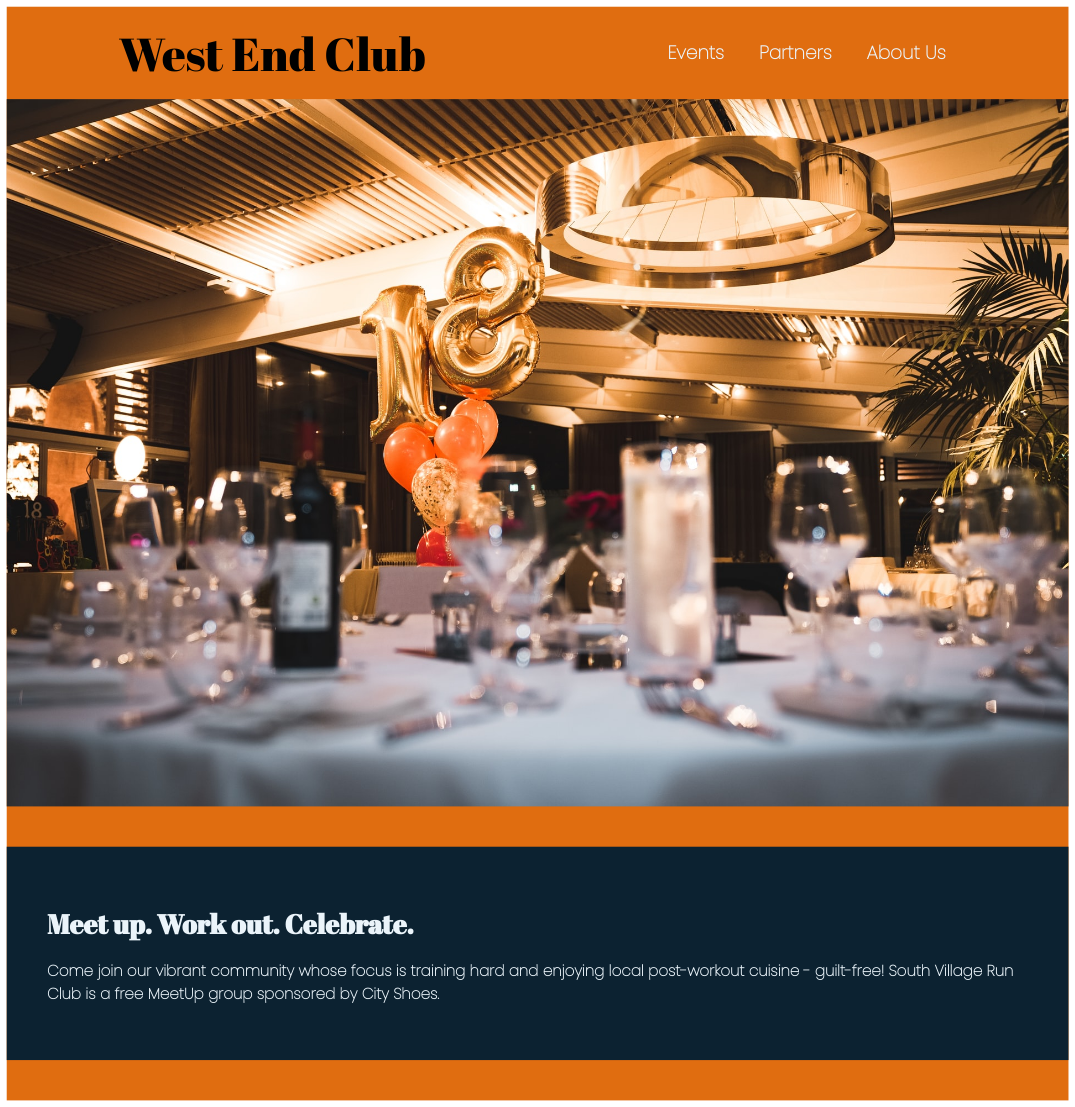
Repository: lastbronx41/lastbronx41.github.io
Page: starting/index.html
An editor plug-in stored every save of this project. The page is shown before and after a run of saves, followed by the edit.
The browser window is 1280 px wide. The pictures show the whole page, at 84% of full size.
Some web fonts or font styles are not loaded; a fallback is used.

Above is the page before, as saved 2022-07-19 04:39:21.

### starting/index.html
<!DOCTYPE html>

<html>
   <head>
      <meta charset="utf-8">
      <title>Our Club</title>
      <link rel="stylesheet" href="./styles.css" type="text/css">
      <link rel="preconnect" href="https://fonts.googleapis.com">
      <link rel="preconnect" href="https://fonts.gstatic.com" crossorigin>
      <link href="https://fonts.googleapis.com/css2?family=Abril+Fatface&family=Slabo+13px&family=Space+Mono&display=swap" rel="stylesheet">
      <link rel="preconnect" href="https://fonts.googleapis.com">
      <link rel="preconnect" href="https://fonts.gstatic.com" crossorigin>
      <link href="https://fonts.googleapis.com/css2?family=Abril+Fatface&family=Poppins:wght@100&family=Slabo+13px&family=Space+Mono&display=swap" rel="stylesheet">
   </head>

   <body>

      <div class="header">
         <div id="title">West End Club</div>
         <div>
            <ul class="links">
               <a href>
                  <li class="nav">Events</li>
               </a>
               <a href>
                  <li class="nav">Partners</li>
               </a>
               <a href>
                  <li class="nav">About Us</li>
               </a>
            </ul>
         </div>
      </div>

      <div id="cover-photo">
         <img src="./resources/cover-photo.jpg"/>
         <div class="main-text">
            <h1>Meet up. Work out. Celebrate.</h1>
               <p>Come join our vibrant community whose focus is training hard and enjoying local post-workout cuisine - guilt-free! South Village Run Club is a free MeetUp group sponsored by City Shoes.
               </p>

         </div>
      </div>



   </body>
</html>

### starting/styles.css
.header {
   display: flex;
   justify-content: space-around;
   background-color: #E06D10;
   align-items: center;
   padding: 1rem
}

#title {
   font-size: 55px;
   font-family: 'Abril Fatface', cursive;
}

.links, .links a {
   display: inline-flex;
   flex-wrap: wrap;
   justify-content: flex-end;
   list-style-type: none;
   gap: 1rem;
   text-decoration-line: none;
}

.nav {
   font-size: 22px;
   font-family: 'Poppins', sans-serif;
   font-weight: bolder;
   border-radius: 34%;
   padding: 0.4rem 0.8rem;
   color: #EBF4FA;
}

.nav:hover {
   color: #E06D10;
   background-color: black;
}

#cover-photo {
   display: flex;
   flex-direction: column;
   background-color: #E06D10;
}

#cover-photo img {
   max-width: 100%;
}
.main-text {
   background-color: #0C2231;
   color: #EBF4FA;
   margin: 3rem auto;
   padding: 3rem;
}

.main-text h1 {
   font-family: 'Abril Fatface', cursive;
}

.main-text p {
   font-family: 'Poppins', sans-serif;
   font-size: 18px;
   font-weight: bolder;
}

After the next 2 saves:
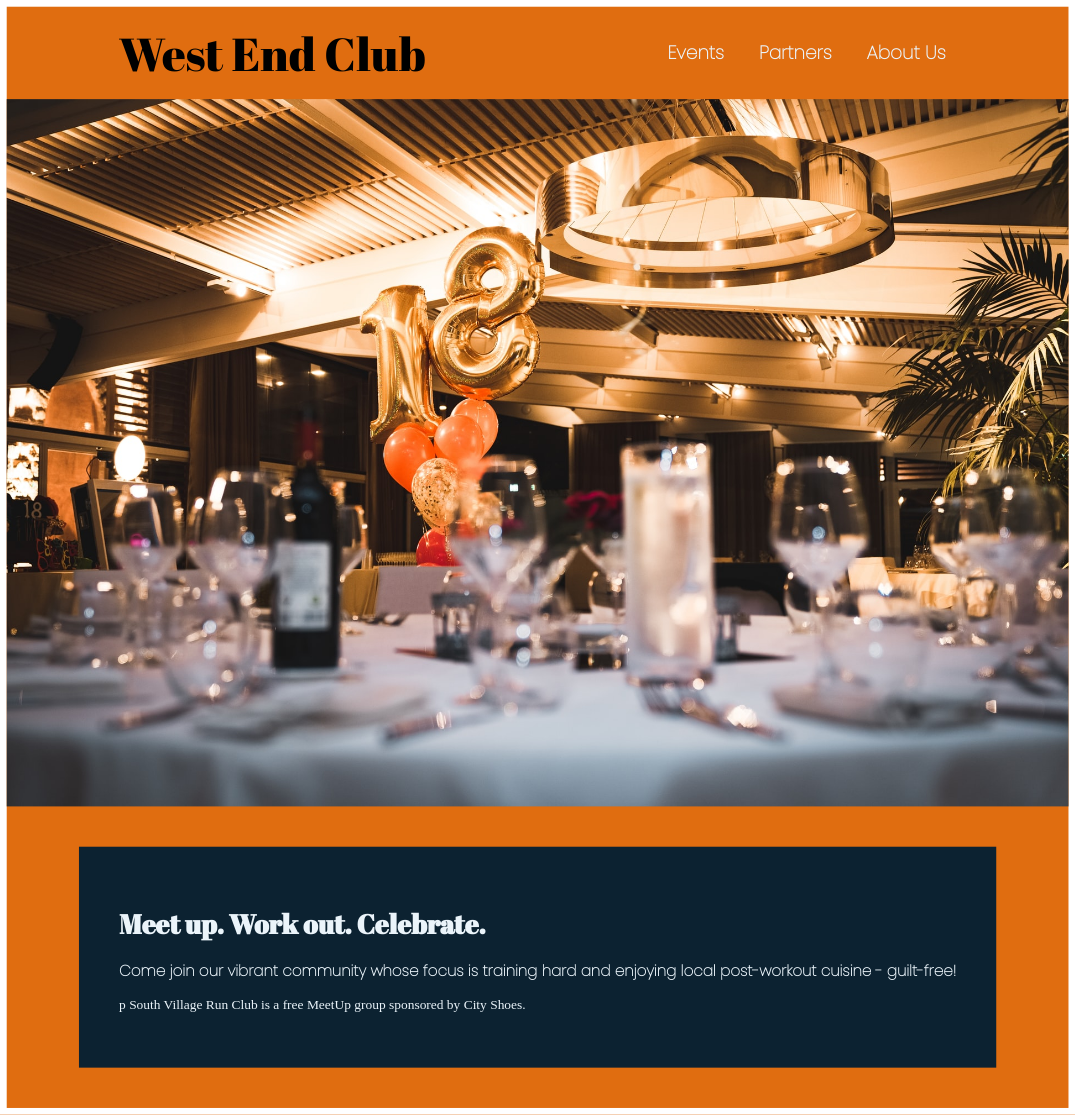
The 2 saves are shown as one change because they came seconds apart.
The last was saved 26 s later.
--- a/starting/index.html
+++ b/starting/index.html
@@ -36,7 +36,7 @@
          <img src="./resources/cover-photo.jpg"/>
          <div class="main-text">
             <h1>Meet up. Work out. Celebrate.</h1>
-               <p>Come join our vibrant community whose focus is training hard and enjoying local post-workout cuisine - guilt-free! South Village Run Club is a free MeetUp group sponsored by City Shoes.
+               <p>Come join our vibrant community whose focus is training hard and enjoying local post-workout cuisine - guilt-free!</p>p South Village Run Club is a free MeetUp group sponsored by City Shoes.
                </p>
 
          </div>
